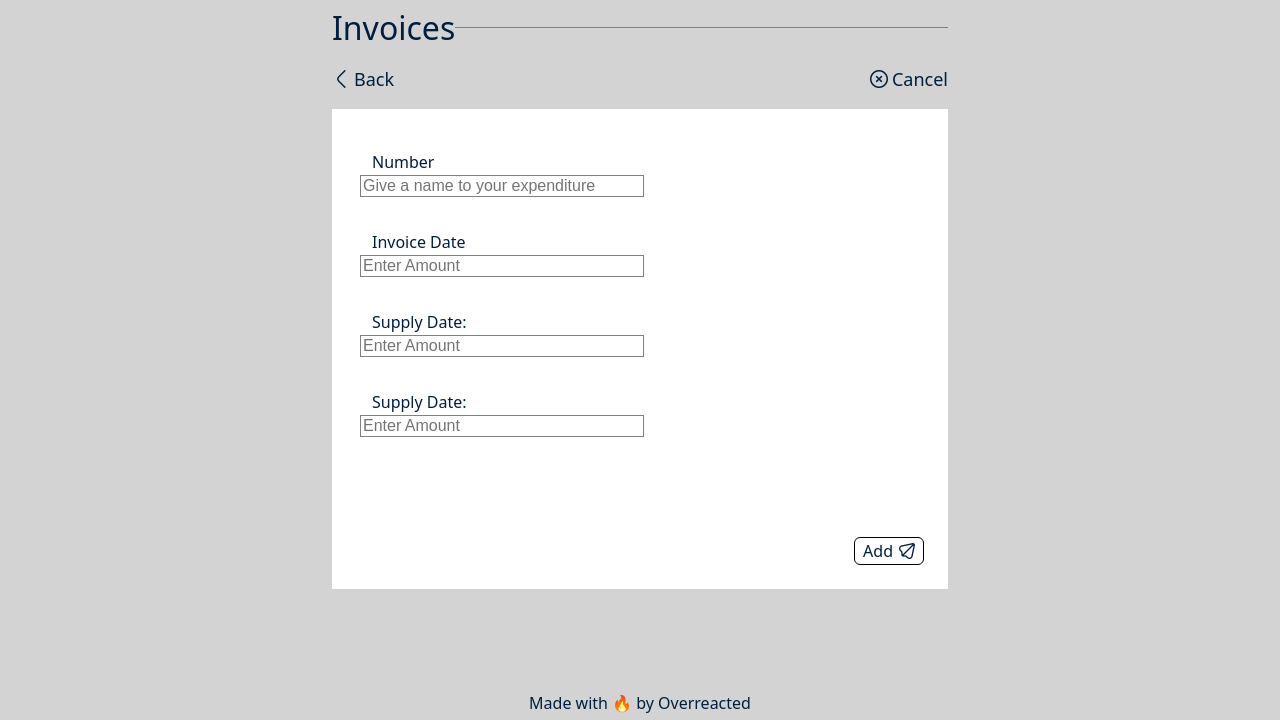
Repository: om1ars/task3
Page: /add-expense
The author's editor kept a copy of each file at every save. The page is drawn from the files as they stood at one save, then again after the next save.
The browser window is 1280 px wide. The pictures show the whole page.
Some web libraries are served in a nearby version. The project was rebuilt for these pictures with package versions that can differ from the ones it lists, and the page was loaded fresh each time. Also part of the build but not shown: src/components/add-form/success-modal.css, src/components/expense-list/card.css, src/components/expense-list/card.js, src/components/expense-list/expense-list.css, src/components/expense-list/index.js, src/pages/home/home.css, src/pages/home/index.js.

Above is the page before, as saved 2021-12-18 15:02:35.

### public/index.html
<!DOCTYPE html>
<html lang="en">
  <head>
    <meta charset="utf-8" />
    <link rel="icon" href="%PUBLIC_URL%/favicon.ico" />
    <meta name="viewport" content="width=device-width, initial-scale=1" />
    <meta name="theme-color" content="#000000" />
    <meta name="description" content="SPA to track all your expenses" />
    <link rel="apple-touch-icon" href="%PUBLIC_URL%/logo192.png" />
    <!--
      manifest.json provides metadata used when your web app is installed on a
      user's mobile device or desktop. See https://developers.google.com/web/fundamentals/web-app-manifest/
    -->
    <link rel="manifest" href="%PUBLIC_URL%/manifest.json" />
    <link rel="preconnect" href="https://fonts.googleapis.com" />
    <link rel="preconnect" href="https://fonts.gstatic.com" crossorigin />
    <link
      href="https://fonts.googleapis.com/css2?family=Noto+Sans&display=swap"
      rel="stylesheet"
    />
    <link
      rel="stylesheet"
      href="https://cdn-uicons.flaticon.com/uicons-regular-rounded/css/uicons-regular-rounded.css"
    />
    <link
      rel="stylesheet"
      href="https://cdn.jsdelivr.net/gh/devicons/devicon@v2.12.0/devicon.min.css"
    />
    <title>Xpensr</title>
  </head>
  <body>
    <noscript>You need to enable JavaScript to run this app.</noscript>
    <div id="root"></div>
    <!--
      This HTML file is a template.
      If you open it directly in the browser, you will see an empty page.

      You can add webfonts, meta tags, or analytics to this file.
      The build step will place the bundled scripts into the <body> tag.

      To begin the development, run `npm start` or `yarn start`.
      To create a production bundle, use `npm run build` or `yarn build`.
    -->
  </body>
</html>

### src/index.js
import React from "react";
import ReactDOM from "react-dom";
import "./index.css";
import App from "./App";
import reportWebVitals from "./reportWebVitals";
import { Provider } from "react-redux";
import store from "./redux/store/index";

ReactDOM.render(
  <Provider store={store}>
    <App />
  </Provider>,
  document.getElementById("root")
);

// If you want to start measuring performance in your app, pass a function
// to log results (for example: reportWebVitals(console.log))
// or send to an analytics endpoint. Learn more: https://bit.ly/CRA-vitals
reportWebVitals();

### src/index.css
body {
  margin: 0;
  font-family: "Noto Sans", sans-serif;
  -webkit-font-smoothing: antialiased;
  -moz-osx-font-smoothing: grayscale;
  background-color: lightgray;
  color: #001f3f;
}
a {
  text-decoration: none;
  color: #001f3f;
}
.button {
  /* background: #71ccca; */
  box-shadow: 20px 20px 60px #60adac, -20px -20px 60px #82ebe8;
}
code {
  font-family: source-code-pro, Menlo, Monaco, Consolas, "Courier New",
    monospace;
}

### src/App.js
import React from "react";
import { BrowserRouter as Router, Route, Switch } from "react-router-dom";
import Footer from "./components/footer";
import Header from "./components/header";
import AddExpense from "./pages/add-expense";
import Home from "./pages/home/index";

const App = () => {
  return (
    <Router>
      <Header />
      <Switch>
        <Route path="/" exact component={Home} />
        <Route path="/add-expense" component={AddExpense} />
      </Switch>
      <Footer />
    </Router>
  );
};

export default App;

### src/redux/store/index.js
import { combineReducers, createStore } from "redux";
import { expenseReducer } from "../reducers/expenses";
const reducer = combineReducers({
  expenses: expenseReducer,
});
const initialState = {};
const store = createStore(reducer, initialState);

export default store;

### src/components/footer/index.js
import React from "react";
import "./footer.css";
const Footer = () => {
  return <footer>Made with 🔥 by Overreacted</footer>;
};

export default Footer;

### src/components/header/index.js
import React from "react";
import "./header.css";
const Header = () => {
  return (
    <div className="header-container">
      <div className="header" style={{ display: "flex", alignItems: "center" }}>
        <div className="header-logo">
          Invoices
        </div>
        <div
          style={{ height: "1px", width: "100%", backgroundColor: "gray" }}
        ></div>
      </div>
    </div>
  );
};

export default Header;

### src/pages/add-expense/index.js
import React from "react";
import AddForm from "../../components/add-form";
import TopFold from "../../components/top-fold";
import "./add-expense.css";
const AddExpense = () => {
  return (
    <div className="add-expense">
      <TopFold />
      <AddForm />
    </div>
  );
};

export default AddExpense;

### src/redux/reducers/expenses.js
import {
  ADD_EXPENSE,
  DELETE_EXPENSE,
  SEARCH_EXPENSE,
} from "../action-types/expenses";

const initialList = () => {
  const list = localStorage.getItem("expense-list");
  let expenses = [];
  if (list) {
    expenses = JSON.parse(list);
  }
  return expenses;
};
const initialState = {
  expenseList: initialList(),
  query: "",
};

export const expenseReducer = (state = initialState, action) => {
  switch (action.type) {
    case ADD_EXPENSE: {
      localStorage.setItem(
        "expense-list",
        JSON.stringify([...state.expenseList, action.data])
      );
      return {
        ...state,
        expenseList: [...state.expenseList, action.data],
        query: "",
      };
    }
    case DELETE_EXPENSE: {
      const { data } = action;
      const updatedList = state.expenseList.filter(
        (item) => item.createdAt !== data.createdAt
      );
      localStorage.setItem("expense-list", JSON.stringify(updatedList));
      return {
        ...state,
        expenseList: updatedList,
      };
    }
    case SEARCH_EXPENSE: {
      const { query } = action;
      return {
        ...state,
        query,
      };
    }
    default:
      return {
        ...state,
      };
  }
};

### src/components/footer/footer.css
footer {
  width: 100%;
  position: fixed;
  bottom: 0;
  display: flex;
  justify-content: center;
  align-items: center;
  padding-bottom: 6px;
}

### src/components/header/header.css
.header-container {
  width: 50%;
  margin: auto;
}
.header {
  display: flex;
  justify-content: space-between;
  align-items: center;
  flex: 1;
  margin: 6px 12px;
}
.header-logo {
  display: flex;
  align-items: center;
  font-size: 32px;
  font-weight: 500;
}
.header-logo i {
  display: flex;
  align-items: center;
  margin-left: 6px;
}

.header-button {
  font-size: 20px;
  display: flex;
  justify-content: center;
  align-items: center;
  border: 1px solid black;
  border-radius: 6px;
  padding: 0px 8px;
}
.header-button i {
  margin-right: 4px;
}

@media only screen and (max-width: 1024px) {
  .header-container {
    width: 90%;
  }
  .header-logo {
    font-size: 28px;
  }
  .header-button {
    font-size: 18px;
  }
}

@media only screen and (max-width: 512px) {
  .header-container {
    width: 100%;
  }
  .header-logo {
    font-size: 24px;
  }
  .header-button {
    font-size: 16px;
  }
}

### src/components/add-form/index.js
import React, { useState } from "react";
import { categories } from "../../constants/add-expense";
import "react-toastify/dist/ReactToastify.css";
import "./add-form.css";
import { toast, ToastContainer } from "react-toastify";
import { useDispatch } from "react-redux";
import { addExpense } from "../../redux/actions/expenses";
import SuccessModal from "./success-modal";

const AddForm = () => {
  const [categoryOpen, setCategoryOpen] = useState(false);
  const cat = categories;
  const [title, setTitle] = useState("");
  const [amount, setAmount] = useState("");
  const [category, setCategory] = useState();
  const dispatch = useDispatch();
  const [modalOpen, setModalOpen] = useState(false);
  const [supply, setSupply] = useState("");
  const [comment, setComment] = useState('')
  const handleTitle = (e) => {
    setTitle(e.target.value);
  };
  const handleAmount = (e) => {
    const val = parseFloat(e.target.value);
    if (isNaN(val)) {
      setAmount("");
      return;
    }
    setAmount(val);
  };
  const handleCategory = (category) => {
    setCategory(category);
    setCategoryOpen(false);
    console.log(category);
  };

  const handleSubmit = () => {
    if (title === "" || amount === "" || !category) {
      const notify = () => toast("Please enter complete data");
      notify();
      return;
    }
    const data = {
      title,
      amount,
      category,
      createdAt: new Date(),
    };
    dispatch(addExpense(data));
    setModalOpen(!modalOpen);
  };

  return (
    <div className="add-form">
      <SuccessModal modalOpen={modalOpen} />
      <ToastContainer
        position="bottom-left"
        autoClose={1500}
        hideProgressBar={false}
        newestOnTop={false}
        closeOnClick
      />
      <div className="container-form">
        <div className="form-item">
          <label>Number</label>
          <input
            placeholder="Give a name to your expenditure"
            value={title}
            onChange={(e) => handleTitle(e)}
          />
        </div>
        <div className="form-item">
          <label>Invoice Date</label>
          <input
            placeholder="Enter Amount"
            className="amount-input"
            onChange={(e) => handleAmount(e)}
            value={amount}
          />
        </div>
        <div className="form-item">
          <label>Supply Date:</label>
          <input
            placeholder="Enter Amount"
            className="amount-input"
            onChange={(e) => handleAmount(e)}
            value={amount}
          />
        </div>
      </div>

      <div className="category-container-parent">
        <div className="form-item">
          <label>Supply Date:</label>
          <input
            placeholder="Enter Amount"
            className="amount-input"
            onChange={(e) => setComment(e.target.value)}
            value={amount}
          />
        </div>
      </div>
      <div className="form-add-button">
        <div onClick={handleSubmit}>
          <label>Add</label>
          <i class="fi-rr-paper-plane"></i>
        </div>
      </div>
    </div>
  );
};

export default AddForm;

### src/components/top-fold/index.js
import React, { useEffect, useState } from "react";
import { Link, useLocation } from "react-router-dom";
import "./top-fold.css";
import { useDispatch } from "react-redux";
import { searchExpense } from "../../redux/actions/expenses";
const TopFold = () => {
  const [query, setQuery] = useState("");
  const dispatch = useDispatch();
  const handleQuery = (e) => {
    setQuery(e.target.value);
    dispatch(searchExpense(e.target.value));
  };
  return (
    <div className="topfold">
      {window.location.pathname === "/" ? (
        <div className="home-topfold">
          <Link to="/add-expense">
            <div
              className="add-button"
              style={{
                width: "700px",
                backgroundColor: "white",
                padding: 15,
              }}
            >
              <div style={{ marginBottom: 10 }}>Actions</div>
              <label
                style={{
                  padding: "6px 28px",
                  borderRadius: "5px",
                  backgroundColor: "blue",
                }}
              >
                Add
              </label>
            </div>
          </Link>
        </div>
      ) : (
        <div className="add-topfold">
          <Link to="/">
            <div className="add-topfold-button">
              <i class="fi-rr-angle-left"></i>
              <label>Back</label>
            </div>
          </Link>
          <Link to="/">
            <div className="add-topfold-button">
              <i class="fi-rr-cross-circle"></i>
              <label>Cancel</label>
            </div>
          </Link>
        </div>
      )}
    </div>
  );
};

export default TopFold;

### src/pages/add-expense/add-expense.css
.add-expense {
  width: 50%;
  margin: auto;
}

@media only screen and (max-width: 1024px) {
  .add-expense {
    width: 90%;
  }
}

@media only screen and (max-width: 512px) {
  .add-expense {
    width: 100%;
  }
}

### src/redux/action-types/expenses.js
export const ADD_EXPENSE = "ADD_EXPENSE";

export const DELETE_EXPENSE = "DELETE_EXPENSE";

export const SEARCH_EXPENSE = "SEARCH_EXPENSE";

### src/constants/add-expense.js
export const categories = [
  {
    id: 1,
    title: "Education",
    icon: require("../assets/images/education.png"),
    color: "#A95EC2",
  },
  {
    id: 2,
    title: "Healthcare",
    icon: require("../assets/images/healthcare.png"),
    color: "#FF768A",
  },
  {
    id: 3,
    title: "Shopping",
    icon: require("../assets/images/shopping.png"),
    color: "#EC60AB",
  },
  {
    id: 4,
    title: "Food",
    icon: require("../assets/images/food.png"),
    color: "#FF9E6D",
  },
  {
    id: 5,
    title: "Other",
    icon: require("../assets/images/entertainment.png"),
    color: "#FFCB5E",
  },
];

### src/components/add-form/add-form.css
.add-form {
  background: white;
  /* box-shadow: 20px 20px 60px #60adac, -20px -20px 60px #82ebe8; */
  margin: 6px 12px;
  padding: 24px;
  display: flex;
  flex-direction: column;
  /* flex-wrap: wrap; */
  flex: 1;
  height: 60vh;
}
.form-item {
  margin: 12px 0px;
  width: 70%;
  display: flex;
  flex-direction: column;
  padding: 4px;
  border-radius: 6px;
  background-color: white;
}
.form-item label {
  padding: 2px 12px;
}
.form-item input {
  font-size: 16px;
  border: 1px solid gray;
  width: 70%;
  outline: none;
}
.category-container-parent {
  display: flex;
  flex-direction: column;
  flex: 1;
}
.category {
  position: relative;
  width: 40%;
}
.category-dropdown {
  display: flex;
  justify-content: space-between;
  align-items: center;
  margin: 12px 0px;
  background-color: white;
  border-radius: 6px;
  padding: 4px;
}
.category-dropdown i {
  display: flex;
  align-items: center;
}

.category-container {
  display: flex;
  position: absolute;
  width: 100%;
  flex-direction: column;
  background: #ffffff;
}

.category-item {
  width: 98%;
  display: flex;
  justify-content: space-between;
  padding: 8px 0px;
  cursor: pointer;
}
.category-item img {
  height: 32px;
  margin-right: 20px;
}

.form-add-button {
  display: flex;
  justify-content: flex-end;
}
.form-add-button div {
  display: flex;
  border: 1px solid black;
  padding: 2px 8px;
  border-radius: 6px;
  cursor: pointer;
}

.form-add-button div i {
  display: flex;
  align-items: center;
  margin-left: 6px;
}

@media only screen and (max-width: 1024px) {
  .form-item {
    width: 100%;
  }
  .form-item input {
    width: 70%;
  }
  .amount-input {
    width: 50% !important;
  }
  .category {
    width: 80%;
  }
}


.container-form {
  display: flex;
  flex-wrap: wrap;
}

### src/redux/actions/expenses.js
import {
  ADD_EXPENSE,
  DELETE_EXPENSE,
  SEARCH_EXPENSE,
} from "../action-types/expenses";

export const addExpense = (data) => {
  return {
    type: ADD_EXPENSE,
    data,
  };
};

export const deleteExpense = (data) => {
  console.log(data, "Action");
  return {
    type: DELETE_EXPENSE,
    data,
  };
};

export const searchExpense = (query) => {
  console.log(query);
  return {
    type: SEARCH_EXPENSE,
    query,
  };
};

### src/components/add-form/success-modal.js
import React from "react";
import Modal from "react-modal";
import { Link } from "react-router-dom";
import "./success-modal.css";
const SuccessModal = ({ modalOpen, setModalOpen }) => {
  const customStyles = {
    content: {
      top: "50%",
      left: "50%",
      right: "auto",
      bottom: "auto",
      marginRight: "-50%",
      transform: "translate(-50%, -50%)",
      backgroundColor: "#71ccca",
      borderRadius: "12px",
    },
  };
  return (
    <Modal isOpen={modalOpen} style={customStyles}>
      <div className="modal-inner">
        <label>Expense Added Successfully!</label>
        <img
          src={require("../../assets/images/added-image.png").default}
          alt="Expense Added"
          className="added-image"
        />
        <Link to="/">
          <div className="take-home-button">
            <i class="fi-rr-home"></i>
            Home
          </div>
        </Link>
      </div>
    </Modal>
  );
};

export default SuccessModal;

### src/components/top-fold/top-fold.css
.topfold {
  display: flex;
  justify-content: space-between;
  margin: 6px 12px;
  padding: 12px 0px;
  align-items: center;
}
.home-topfold {
  display: flex;
  justify-content: space-between;
  flex: 1;
}
.searchbar {
  display: flex;
  align-items: center;
  width: 50%;
  background-color: white;
  border-radius: 12px;
}
.searchbar input {
  width: 80%;
  outline: none;
  padding: 8px 0px;
  border: none;
  margin-left: 6px;
  background-color: white;
}

.searchbar i {
  display: flex;
  align-items: center;
  margin-left: 6px;
}

.add-button {
  /* display: flex; */
  align-items: center;
  border-radius: 4px;
  border: 1px solid white;
  font-size: 20px;
  padding: 0px 8px;
  border-radius: 6px;
  cursor: pointer;
}

.add-button i {
  display: flex;
  align-items: center;
  margin-right: 4px;
}
.add-topfold {
  display: flex;
  justify-content: space-between;
  flex: 1;
}
.add-topfold-button {
  display: flex;
  align-items: center;
  font-size: 18px;
  cursor: pointer;
}
.add-topfold-button i {
  display: flex;
  align-items: center;
  margin-right: 4px;
}

@media only screen and (max-width: 1024px) {
  .add-button {
    font-size: 18px;
  }
  .searchbar {
    width: 70%;
  }
}

@media only screen and (max-width: 512px) {
  .add-button {
    font-size: 16px;
  }
}

Loaded but not shown: src/reportWebVitals.js (common file)

After the next save:
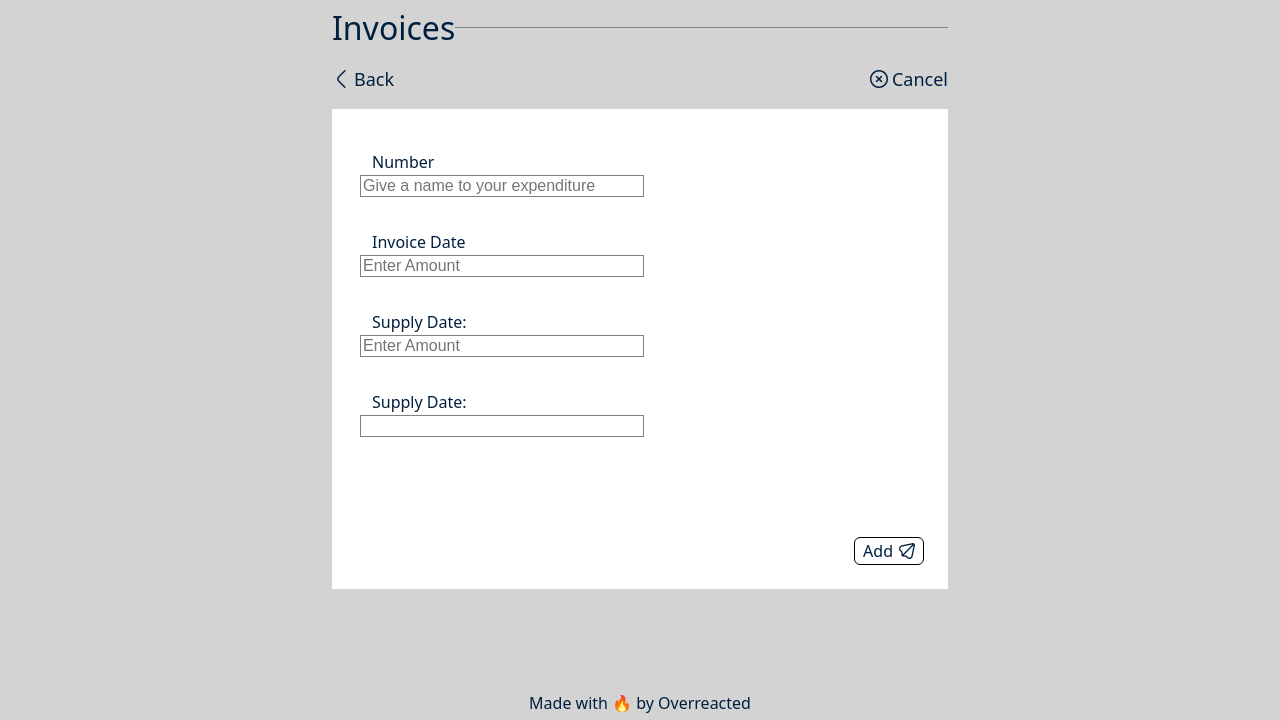
Saved 8 s later.
--- a/src/components/add-form/index.js
+++ b/src/components/add-form/index.js
@@ -93,7 +93,6 @@ const AddForm = () => {
         <div className="form-item">
           <label>Supply Date:</label>
           <input
-            placeholder="Enter Amount"
             className="amount-input"
             onChange={(e) => setComment(e.target.value)}
             value={amount}
